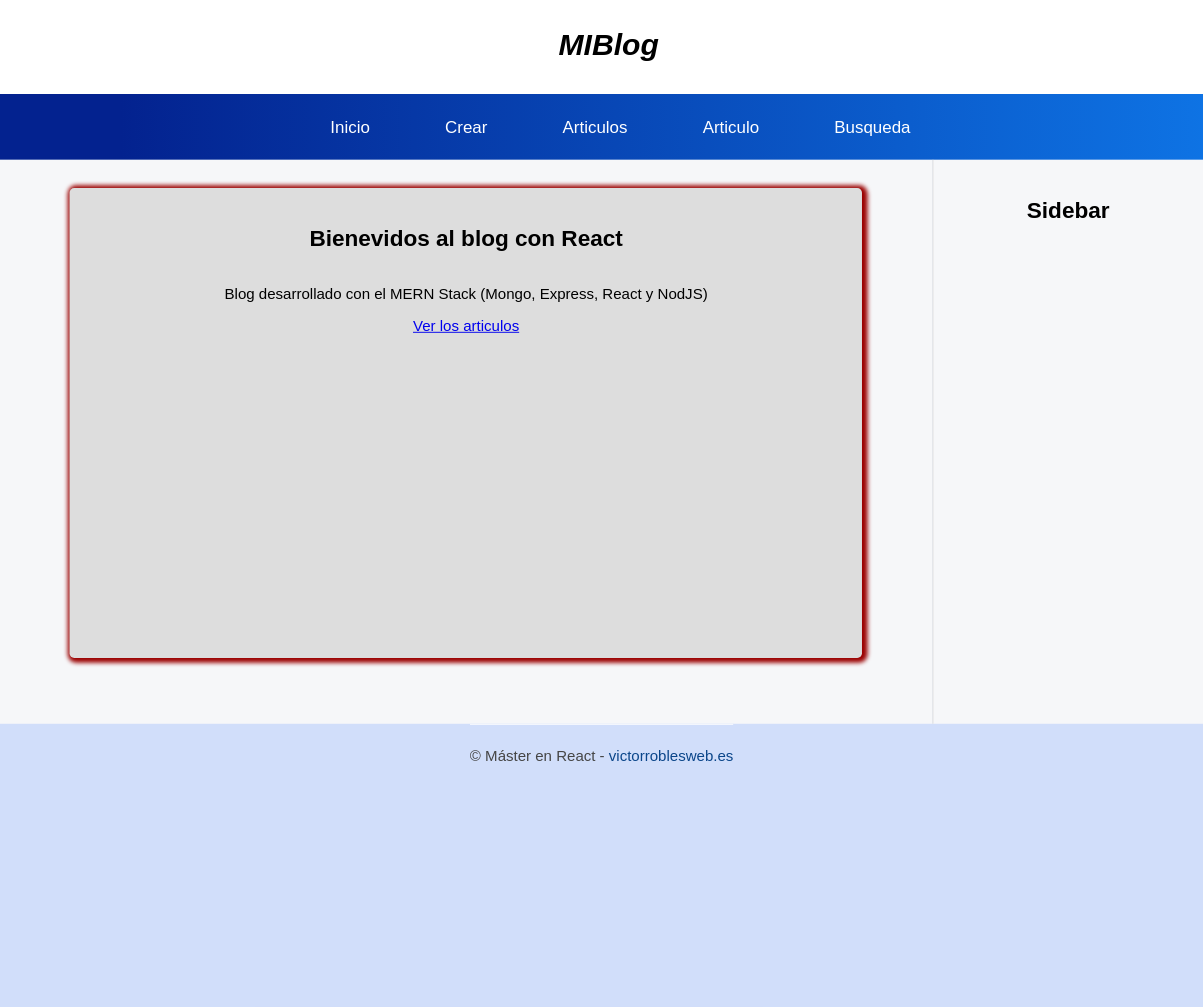
Repository: DamianBermudez94/frondEnd-blog
Page: /
The author's editor kept a copy of each file at every save. The page is drawn from the files as they stood at one save, then again after the next save.
The browser window is 1280 px wide. The pictures show the whole page, at 94% of full size.
The project was rebuilt for these pictures with package versions that can differ from the ones it lists, and the page was loaded fresh each time. Also part of the build but not shown: vite.config.js, src/components/pages/Busqueda.jsx, src/components/pages/Crear.jsx, src/components/pages/Articulos.jsx, src/components/pages/Articulo.jsx.

Above is the page before, as saved 2023-08-07 23:01:04.

After the next save:
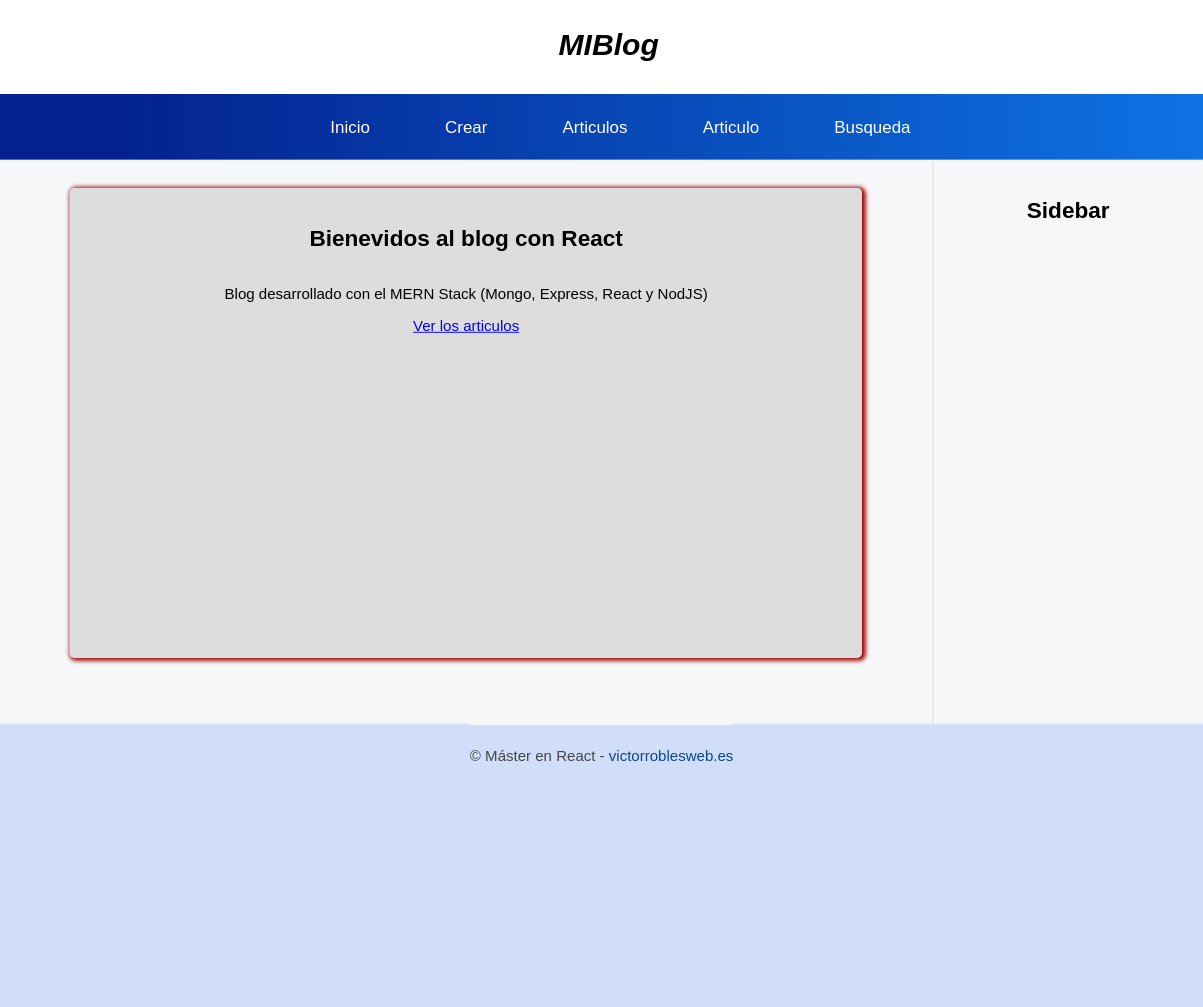
Saved 5 s later.
--- a/src/index.css
+++ b/src/index.css
@@ -166,7 +166,7 @@ body{
   align-items: center;
   flex-direction: column;
   border-radius: 5px;
-  box-shadow: 2px 1px 5px 4px #9b0202;
+  box-shadow: 2px 1px 5px 2px #9b0202;
   margin: 30px auto;
 }
 .articulo-item{
